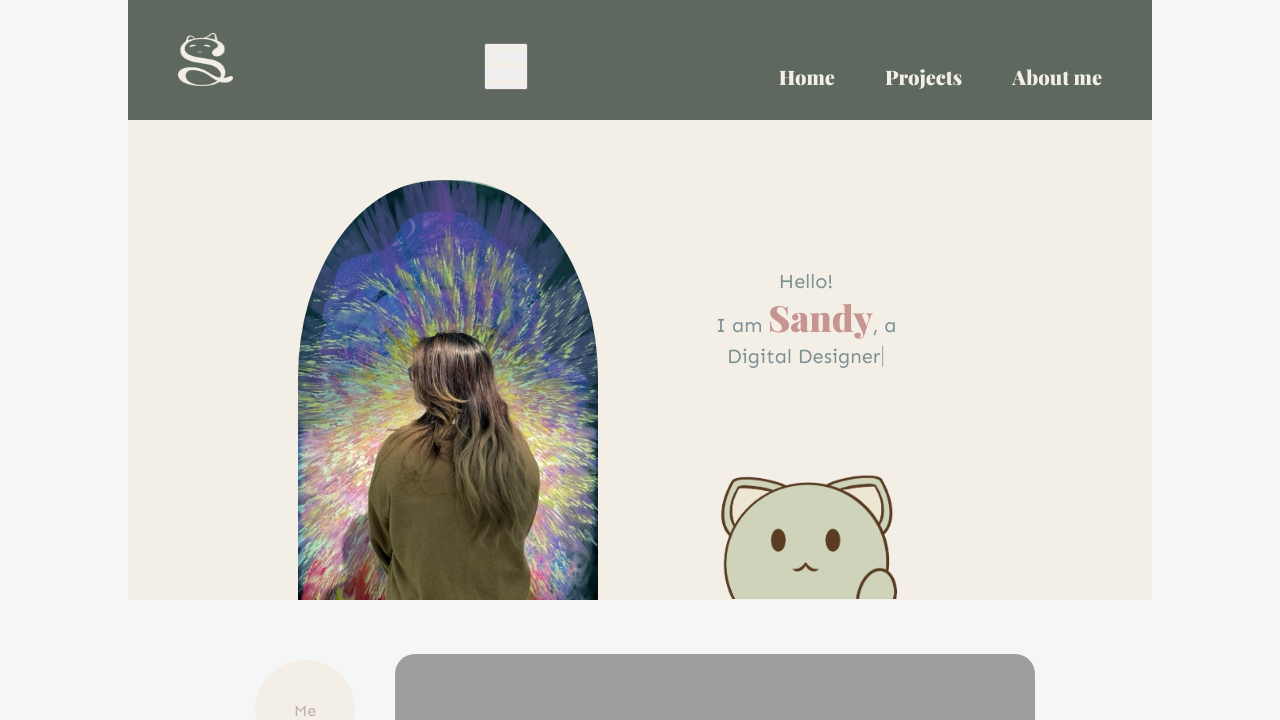
Repository: SandyLy453/portfolio
Page: /
The author's editor kept a copy of each file at every save. The page is drawn from the files as they stood at one save, then again after the next save.
The browser window is 1280 px wide. The pictures show the whole page.
Pictures or frames that could not be fetched are drawn as grey boxes. An inner scrolling area shows only its first screen. The project was rebuilt for these pictures with package versions that can differ from the ones it lists, and the page was loaded fresh each time. The framework's server and built-in components were replaced by stand-ins that run in the browser. Also part of the build but not shown: next.config.mjs, modules/Footer/Footer.module.css, modules/Footer/Footer.js, modules/ProjectCard/ProjectCard.module.css, modules/ProjectCard/Projectcard.js.

Above is the page before, as saved 2025-02-17 16:46:18.

### pages/_app.js
import { useEffect } from "react";
import { useRouter } from "next/router";
import { Playfair_Display, Sen } from 'next/font/google';
import '../styles/globals.css';

const playfairDisplay = Playfair_Display({
  weight: ['400', '900'],
  style: ['normal', 'italic'],
  subsets: ['latin'],
});

const sen = Sen({
  weight: ['400', '700', '800'],
  subsets: ['latin'],
});

export default function App({ Component, pageProps }) {

  const router = useRouter();

  useEffect(() => {
    const handleRouteChangeComplete = (url) => {
        if (url.startsWith("/projects")) {
            window.location.reload();
        } else if (url.startsWith("/project")) {
          window.location.reload();
        }
    };

    router.events.on("routeChangeComplete", handleRouteChangeComplete);

    return () => {
        router.events.off("routeChangeComplete", handleRouteChangeComplete);
    };
}, [router]);


  return (
    <main className={`${playfairDisplay.className} ${sen.className}`}>
      <Component {...pageProps} />
    </main>
  )
}

### pages/_document.js
import { Html, Head, Main, NextScript } from "next/document";


export default function Document() {
  return (
    <Html lang="en">
      <Head>
        <title>San San's Tea Room</title>
        <link rel="icon" href="/favicon.ico" />

        <link rel="preconnect" href="https://fonts.googleapis.com" />
        <link rel="preconnect" href="https://fonts.gstatic.com" crossorigin="anonymous" />
        <link
          href="https://fonts.googleapis.com/css2?family=Playfair+Display:wght@400;900&family=Sen:wght@400;700;800&display=swap"
          rel="stylesheet"
        />
      </Head>
      <body>
        <Main />
        <NextScript />
      </body>
    </Html>
  );
}

### pages/index.js
import Image from "next/image";
import Link from "next/link";
import styles from "@/styles/Home.module.css";
import { useState, useEffect } from "react";
import Header from "@/modules/Header/Header";
import Footer from "@/modules/Footer/Footer";
import ProjectCard from "@/modules/ProjectCard/Projectcard";
import ShowCase from "@/modules/ShowCase/ShowCase";

export default function Home() {

  const projects = [
    {
      photos: ["/aether-cover.png"],
      alt: "Aether cover",
      title: "Aether",
      description: "Case Study - A AI-powered form-filling app",
      date: "September 2024 - December 2024",
      link: "/projects/Aether",
    },
    {
      photos: ["/post1.png", "/post2.png", "/post3.png"],
      alt: "Poster slides show",
      title: "Poster design",
      description:
        "Product design - Series of posters based on the anime/ manga Detective Conan.",
      date: "December 2024",
      link: "/projects/Poster",
    },
    {
      photos: ["/can1.png", "/can2.png", "/can3.png"],
      alt: "Can design slide show",
      title: "DiLo Tea Can",
      description: "Product design - Tea Can",
      date: "November 2024",
      link: "/projects/CanDesign",
    },
    {
      photos: ["/mockup2.png"],
      alt: "Magazine cover",
      title: "Magazine",
      description: "Magazine design - An architectural magazine",
      date: "November 2024",
      link: "/projects/Magazine",
    },
    {
      photos: ["/clotho.png"],
      alt: "Clotho app",
      title: "Clotho",
      description: "Clotho - A closet organize app",
      date: "March 2024 - May 2024",
      link: "/projects/Clotho",
    },
    {
      photos: ["/cam.png"],
      alt: "Camera vector graphic",
      title: "Mechanical Object Vector Graphic",
      description: "Using vector to draw mechanical objects",
      date: "December 2023",
      link: "/projects/MechanicalObject",
    },
  ];

  const [visibleProjects, setVisibleProjects] = useState(6);

  const roles = ["UX/UI Designer", "Digital Designer", "Web Developer"];
  const [text, setText] = useState("");
  const [index, setIndex] = useState(0);
  const [charIndex, setCharIndex] = useState(0);
  const [deleting, setDeleting] = useState(false);

  useEffect(() => {
    const currentRole = roles[index];

    let timeout;

    if (deleting) {
      timeout = setTimeout(() => {
        setText(currentRole.substring(0, charIndex - 1));
        setCharIndex((prev) => prev - 1);
      }, 50);
    } else {
      timeout = setTimeout(() => {
        setText(currentRole.substring(0, charIndex + 1));
        setCharIndex((prev) => prev + 1);
      }, 100);
    }

    if (!deleting && charIndex === currentRole.length) {
      setTimeout(() => setDeleting(true), 1000);
    } else if (deleting && charIndex === 0) {
      setDeleting(false);
      setIndex((prevIndex) => (prevIndex + 1) % roles.length);
    }

    return () => clearTimeout(timeout);
  }, [charIndex, deleting, index, roles]);

  return (
    <>
      <Header/>

      <main className={styles.main}>
        <div className={styles.top}>
          <div className={styles.image}>
            <Image src={'/cover.jpeg'} alt="cover photo" className={styles.coverPhoto} width={300} height={420} />
          </div>

          <div className={styles.info}>
            <p className={styles.role}>Hello!</p>
            <p className={styles.role}>I am <span className={styles.name}>Sandy</span>, a</p>
            <p className={styles.role}>
              {text}
              <span className={styles.cursor}>|</span>
            </p>
            <Image src={'/hi.GIF'} alt="greeting gif" className={styles.gif} width={294} height={129} />
          </div>
        </div>

        <ShowCase/>

        <div className={styles.sectionBreaker}>
          <span> Let's connect! </span>
        </div>

        <div className={styles.connect}>
          <Link
            className={styles.link}
            href={"mailto:sandy.lyth453@gmail.com"}
            target="_blank"
          >
            <p className={styles.connectInfo}>Email</p>
          </Link>
          <Link
            className={styles.link}
            href={"https://www.instagram.com/sansan_lyth?igsh=MThxOTR1ZTlyY3R1dw%3D%3D&utm_source=qr"}
            target="_blank"
          >
            <p className={styles.connectInfo}>Instagram</p>
          </Link>
          <Link
            className={styles.link}
            href={"https://www.linkedin.com/in/boisan-sandy-ly/"}
            target="_blank"
          >
            <p className={styles.connectInfo}>LinkedIn</p>
          </Link>
          <Link
            className={styles.link}
            href={"/Sandy_Ly_Resume.pdf"}
            target="_blank"
          >
            <p className={styles.connectInfo}>Resume</p>
          </Link>
        </div>
      </main>

      <footer className={styles.footer}>
        <p className={styles.copyright}>© Made by Sandy Ly • 2025</p>
      </footer>
    </>
  );
}

### styles/globals.css
:root {
  --mauveMorn: #ecd6d6;
  --mauveShadow: #B59BA6;
  --moss: #5E7975;
  --brightWhite: #f5f7f6;
  --white: #fff;

  --spaBlue: #D3DEDF;
  --forest: #5E685E;
  --midnight: #3D4D55;
  --stormCloud: #676767;
  --cream: #f4EFE6;
  --cloud: #FEFCF6;
}

html,
body {
  padding: 0;
  margin: 0;
  background-color: #f5f7f6;
  width: 100vw;
  height: 100vh;
  overflow-x: hidden;
  scroll-behavior: auto;

  font-family: "Playfair Display", serif;
  font-optical-sizing: auto;
  color: var(--stormCloud);
  cursor: url('/hehe.webp') 16 16, auto;
}

header {
  margin: 0;
  padding: 0;
  box-sizing: border-box;
}

* {
  margin: 0;
  padding: 0;
  box-sizing: border-box; /* Reset styles for all elements */
}

h1, h2, h3, h4, h5, span {
  font-family: "Playfair Display", serif;
}

a, button {
  cursor: url('/haha.webp') 16 16, pointer;
}

### styles/Home.module.css
.page {
  margin: 0;
  padding: 0;
}

.main {
  min-height: 100vh;
  width: 70vw;
  margin: auto;
  margin-top: 0;
  margin-top: 120px;
}

.top {
  width: 100%;
  min-height: 480px;
  background-color: var(--cream);
  align-items: center;
  display: flex;
  flex-direction: row;
  padding: 0;
  flex-wrap: wrap;
  justify-content: center;
}

.coverPhoto {
  border-radius: 47% 47% 0 0;
  margin: 0 6rem;
  position: relative;
  bottom: -30px;
}

.info {
  text-align: center;
  margin-top: 100px;
  width: 30vw;
}

.name {
  font-size: 54px;
  color: #C69491;
  font-weight: 600;
  font-family: "Playfair Display", serif;
}

.role {
  font-size: 44px;
  color: #7D9094;
  font-weight: 500;
}

.loca {
  font-size: 20px;
  color: #7D9094;
  padding-top: 10px;
}

.gif {
  position: relative;
  bottom: -36px;
}


.sectionBreaker {
  display: flex;
  align-items: center;
  justify-content: center;
  margin: 40px 0;
  position: relative;
}

.sectionBreaker::before,
.sectionBreaker::after {
  content: "";
  flex: 1;
  height: 2px;
  background: #d3d3d3;
  margin: 0;
}

.sectionBreaker span {
  color: #7D9094;
  margin: 0 10px;
  font-size: 20px;
  font-style: italic;
}

.pjSection {
  display: flex;
  flex-direction: row;
  flex-wrap: wrap;
  justify-content:space-between;
  align-items: flex-start;
  margin: 0 auto;
  margin-bottom: 50px;
  gap: 1rem;
  max-width: 1350px;
}

.connect {
  margin-bottom: 200px;
}

.link {
  text-decoration: none;
  color: var(--mauveShadow);
  width: 100%;
  font-weight: 500;
}

.link:hover {
  color: var(--forest);
  font-weight: 900;
}

.connectInfo {
  font-size: 54px;
  margin: 20px 0;
  font-family: "Playfair Display", serif;
  position: relative;
  display: inline-block;
  padding: 10px 20px;
  text-decoration: none;
  width: 100%;
  overflow: hidden;
  transition: color 0.3s ease-in-out, font-weight 0.3s ease-in-out;
  font-weight: 500;
}

/* Background gradient effect */
.connectInfo::before {
  content: "";
  position: absolute;
  top: 0;
  left: -100%;
  width: 100%;
  height: 100%;
  background: linear-gradient(to right, rgba(0, 0, 0, 0.1), rgba(0, 0, 0, 0.3));
  transition: left 0.4s ease-in-out;
  z-index: -1; /* Ensure background does not cover text */
}

/* Make background visible when hovering */
.connectInfo:hover::before,
.connectInfo:active::before {
  left: 0;
}

/* Text color and weight on hover */
.connectInfo:hover {
  color: var(--forest); /* Hover text color */
  font-weight: 900;
}

/* Arrow effect */
.connectInfo::after {
  content: " →";
  opacity: 0;
  position: absolute;
  right: 10px;
  top: 50%;
  transform: translateY(-50%);
  transition: opacity 0.3s ease-in-out, transform 0.3s ease-in-out;
  color: var(--forest); /* Match hover color */
}

/* Show arrow and move slightly right when hovering */
.connectInfo:hover::after,
.connectInfo:active::after {
  opacity: 1;
  transform: translate(8px, -50%);
}


.footer {
  margin-bottom: 20px;
}

.copyright {
  text-align: center;
  font-style: italic;
  color: var(--forest);
  width: 100%;
}





@media screen and (max-width: 1460px) {
  .pjSection {
    gap: 20px;
  }

  .main {
    width: 80vw;
  }

  .coverPhoto {
    margin: 0 1rem;
    bottom: -32px;
  }

  .info {
    margin-top: 50px;
  }

  .gif {
    bottom: -6.4rem;
  }

  .name {
    font-size: 36px;
  }

  .role {
    font-size: 20px;
  }

  .loca {
    font-size: 18px;
  }

  .pjSection {
    gap: 15px;
    justify-content: center;
  }
}



@media screen and (max-width: 768px) {
  .main {
    width: 100vw;
  }

  .coverPhoto {
    margin: 0 auto;
    bottom: -20px;
    width: 70vw;
    height: auto;
  }

  .info {
    margin-top: 50px;
    width: 90vw;
  }

  .name {
    font-size: 36px;
  }

  .role {
    font-size: 20px;
  }

  .loca {
    font-size: 18px;
  }

  .pjSection {
    gap: 15px;
    justify-content: center;
  }

  .gif {
    position: relative;
    bottom: -4px;
    margin-top: 10px;
  }
}

### modules/Header/Header.js
import Image from "next/image";
import Link from "next/link";
import styles from './Header.module.css'
import { useState, useRef } from "react";

export default function Header () {
    const audioRef = useRef(null);
    const [menuOpen, setMenuOpen] = useState(false);

    const playSound = () => {
        if (audioRef.current) {
            audioRef.current.currentTime = 0;
            audioRef.current.play().catch(error => console.log("Audio playback error:", error));
        }
    };

    return (
        <header className={styles.header}>
            <div className={styles.logo}>
                <Link href={'/'}>
                    <Image
                        src={'/logo.png'}
                        alt="logo"
                        className={styles.logo}
                        width={55}
                        height={53}
                        onMouseEnter={playSound}
                    />
                </Link>
            </div>

            <button className={styles.hamburger} onClick={() => setMenuOpen(!menuOpen)}>
                <Image
                    src={'/menuIcon.png'}
                    alt="Menu"
                    width={40}
                    height={40}
                />
            </button>

            {/* Menu Items */}
            <nav className={`${styles.menu} ${menuOpen ? styles.menuOpen : ""}`}>
                <p className={styles.menuOption}><Link href={'/'} className={styles.link}>Home</Link></p>
                <p className={styles.menuOption}><Link href={'/project'} className={styles.link}>Projects</Link></p>
                <p className={styles.menuOption}><Link href={'/about'} className={styles.link}>About me</Link></p>
            </nav>

            <audio ref={audioRef} src="/cat.wav" preload="auto"></audio>
        </header>
    )
}

### modules/ShowCase/ShowCase.js
import Image from "next/image";
import { useState, useEffect, useRef } from "react";
import styles from './ShowCase.module.css';
import Link from "next/link";

export default function ShowCase() {
    const tags = ["Me", "UX/UI", "Graphic"];
    const images = {
        "Me": "/me.png",
        "UX/UI": "/uxui.png",
        "Graphic": "/3can.png",
    };
    const bigText = ["Sandy", "App Design", "Graphic Design"];
    const smallText = [
        "",
        "",
        ""
    ];
    const linkPath = ["/about", "/project", "/project"];
    const linkText = ["About Me →", "See More Project →", "See More Project →"];

    const [activeIndex, setActiveIndex] = useState(0);
    const [isFading, setIsFading] = useState(false);
    const [isPaused, setIsPaused] = useState(false);
    const intervalRef = useRef(null);

    const startLoop = () => {
        clearInterval(intervalRef.current);
        intervalRef.current = setInterval(() => {
            setIsFading(true);
            setTimeout(() => {
                setActiveIndex((prevIndex) => (prevIndex + 1) % tags.length);
                setIsFading(false);
            }, 500);
        }, 4000);
    };

    useEffect(() => {
        if (!isPaused) startLoop();
        return () => clearInterval(intervalRef.current);
    }, [isPaused]);

    const handlePause = (index) => {
        clearInterval(intervalRef.current);
        setIsPaused(true);
        setActiveIndex(index);
        setIsFading(false);
    };

    const handleResume = () => {
        setIsPaused(false);
    };

    return (
        <div className={styles.container}>
            <div className={styles.tagBox}>
                {tags.map((tag, index) => (
                    <div
                        key={tag}
                        className={`${styles.tag} ${activeIndex === index ? styles.active : ""}`}
                        onMouseEnter={() => handlePause(index)}
                        onMouseLeave={handleResume}
                        onTouchStart={() => handlePause(index)}
                        onTouchEnd={handleResume}
                    >
                        <p>{tag}</p>
                    </div>
                ))}
            </div>

            <div className={styles.right}>
                <div className={styles.photoBox}>
                    <Image
                        key={tags[activeIndex]}
                        src={images[tags[activeIndex]]}
                        alt={tags[activeIndex]}
                        width={600}
                        height={460}
                        className={`${styles.photo} ${isFading ? styles.fadeOut : styles.fadeIn}`}
                    />

                    <div className={styles.gradient}></div>
                    <div className={styles.text}>
                        <p className={styles.big}>{bigText[activeIndex]}</p>
                        <p className={styles.small}>{smallText[activeIndex]}</p>
                        <Link href={linkPath[activeIndex]} className={styles.littleLink}>
                            {linkText[activeIndex]}
                        </Link>
                    </div>
                </div>

                {/* <div className={styles.loadMoreContainer}>
                    <Link href="/project" passHref>
                        <button className={styles.loadMoreButton}>
                            More Projects
                        </button>
                    </Link>
                </div> */}
            </div>
        </div>
    );
}

### modules/Header/Header.module.css
.header {
    margin:0;
    margin-left: auto;
    margin-right: auto;
    width: 70vw;
    height: 120px;
    background-color: var(--forest);
    padding: 20px 50px ;
    padding-bottom: 30px;

    display: flex;
    flex-direction: row;
    justify-content: space-between;
    align-items: flex-end;
    position: fixed;
    right: 15vw;
    top: 0;
    z-index: 999;
}

.menu {
    display: flex;
    flex-direction: row;
    gap: 50px;
}

.menuOption {
    font-size: 20px;
    font-weight: 600;
}

.link {
    text-decoration: none;
    color: var(--cream);
    font-family: "Playfair Display", serif;
}

.link:hover {
    color: var(--midnight);
}


@media screen and (max-width: 1460px) {
    .header {
        width: 80vw;
        right: 10vw;
    }
}

@media screen and (max-width: 768px) {
    .header {
        width: 100vw;
        right: 0;
    }
}

### modules/ShowCase/ShowCase.module.css
.container {
    margin: auto;
    margin-top: 50px;
    display: flex;
    flex-direction: row;
    justify-content: center;
    align-items: center;
    gap: 30px;
}

.tagBox {
    display: flex;
    justify-content: center;
    align-items: center;
    flex-direction: column;
}

.tag, .active {
    width: 100px;
    height: 100px;
    background-color: var(--cream);
    border-radius: 50%;
    display: flex;
    justify-content: center;
    align-items: center;
    margin: 10px;
    cursor: url('/haha.webp') 16 16, pointer;
    transition: background-color 0.3s ease-in-out, transform 0.2s ease-in-out;
}

.tag:hover, .active {
    background-color: var(--forest);
    transform: scale(1.05);
}

.tag p, .active p {
    color: var(--mauveShadow);
    opacity: 80%;
}

.tag:hover p, .active p {
    color: var(--mauveMorn);
    opacity: 100%;
}

.photoBox {
    width: 50vw;
    max-width: 1000px;
    aspect-ratio: 20 / 11;
    position: relative;
    display: flex;
    align-items: center;
    justify-content: center;
    overflow: hidden;
}

.photo {
    width: 100%;
    height: 100%;
    border-radius: 20px;
    object-fit: cover;
    position: absolute;
    transition: opacity 0.5s ease-in-out;
}

.fadeIn {
    opacity: 1;
}

.fadeOut {
    opacity: 0;
}

.loadMoreContainer {
    margin-top: 20px;
    display: flex;
    flex-direction: column;
    justify-content: flex-end;
    align-items: flex-end;
  }

  .loadMoreButton {
    height: 40px;
    width: 150px;
    background-color: var(--cream);
    color: var(--forest);
    border: 1px solid var(--forest);
    font-size: 18px;
    align-items: center;
    border-radius: 10px;
    margin-bottom: 50px;
  }

  .loadMoreButton:hover {
    background-color: var(--forest);
    color: var(--cream);
  }

  .gradient {
    position: absolute;
    top: 0;
    left: 0;
    width: 100%;
    height: 100%;
    background: linear-gradient(360deg, rgba(2,0,36,1) 0%, rgba(255,255,255,0) 55%);
    z-index: 2;
    pointer-events: none;
    border-radius: 20px;
}

.text {
    position: absolute;
    bottom: 0;
    right: 0;
    width: 100%;
    padding: 20px;
    color: white;
    z-index: 3;
    width: 50vw;
    max-width: 1000px;
    text-align: right;
}

.littleLink {
    text-decoration: underline;
    color: white;
    font-style: italic;
    margin: 20px 0;
}

.big {
    font-family: "Playfair Display", serif;
    font-size: 18px;
    margin: 15px 0;
    font-weight: 700;
}

.small {
    font-size: 15px;
    margin: 15px 0;
}

Loaded but not shown: pages/api/hello.js (common file)

After the next save:
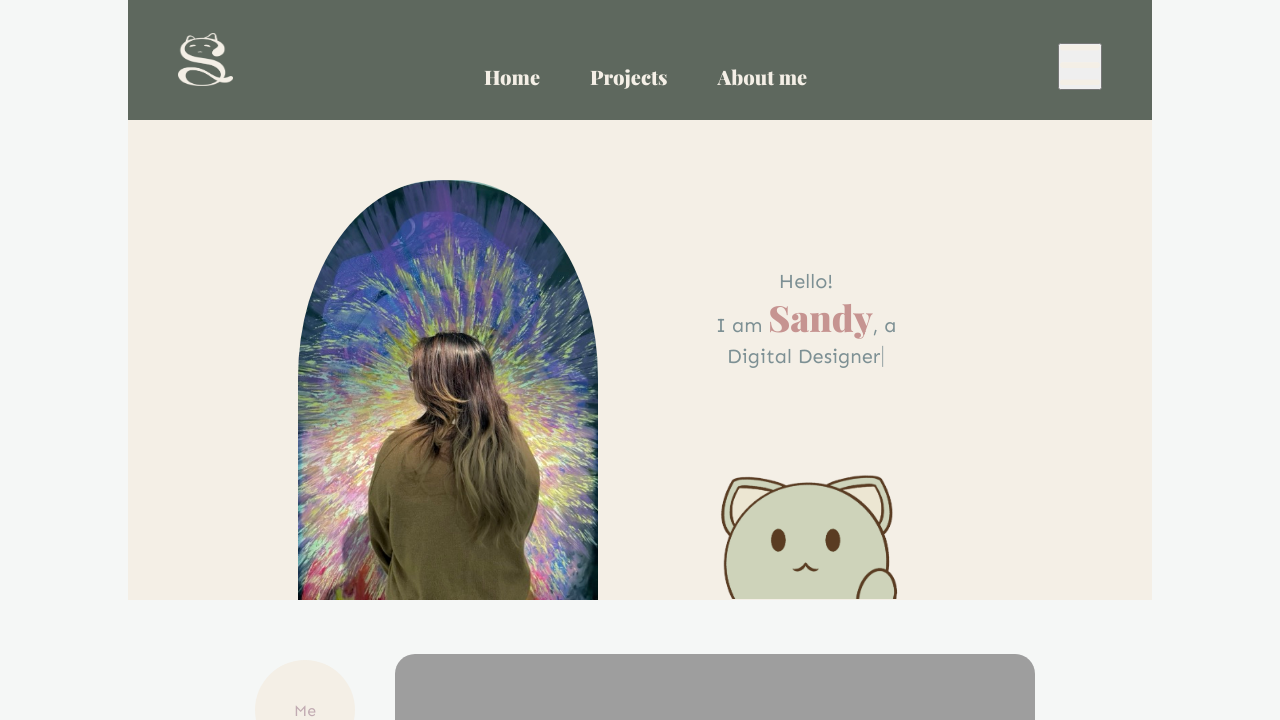
Saved 2 min 32 s later.
--- a/modules/Header/Header.js
+++ b/modules/Header/Header.js
@@ -29,6 +29,14 @@ export default function Header () {
                 </Link>
             </div>
 
+            {/* Full menu for large screens */}
+            <nav className={`${styles.menu} ${menuOpen ? styles.menuOpen : ""}`}>
+                <p className={styles.menuOption}><Link href={'/'} className={styles.link}>Home</Link></p>
+                <p className={styles.menuOption}><Link href={'/project'} className={styles.link}>Projects</Link></p>
+                <p className={styles.menuOption}><Link href={'/about'} className={styles.link}>About me</Link></p>
+            </nav>
+
+            {/* Hamburger Menu Icon (Only visible on small screens) */}
             <button className={styles.hamburger} onClick={() => setMenuOpen(!menuOpen)}>
                 <Image
                     src={'/menuIcon.png'}
@@ -38,13 +46,6 @@ export default function Header () {
                 />
             </button>
 
-            {/* Menu Items */}
-            <nav className={`${styles.menu} ${menuOpen ? styles.menuOpen : ""}`}>
-                <p className={styles.menuOption}><Link href={'/'} className={styles.link}>Home</Link></p>
-                <p className={styles.menuOption}><Link href={'/project'} className={styles.link}>Projects</Link></p>
-                <p className={styles.menuOption}><Link href={'/about'} className={styles.link}>About me</Link></p>
-            </nav>
-
             <audio ref={audioRef} src="/cat.wav" preload="auto"></audio>
         </header>
     )
